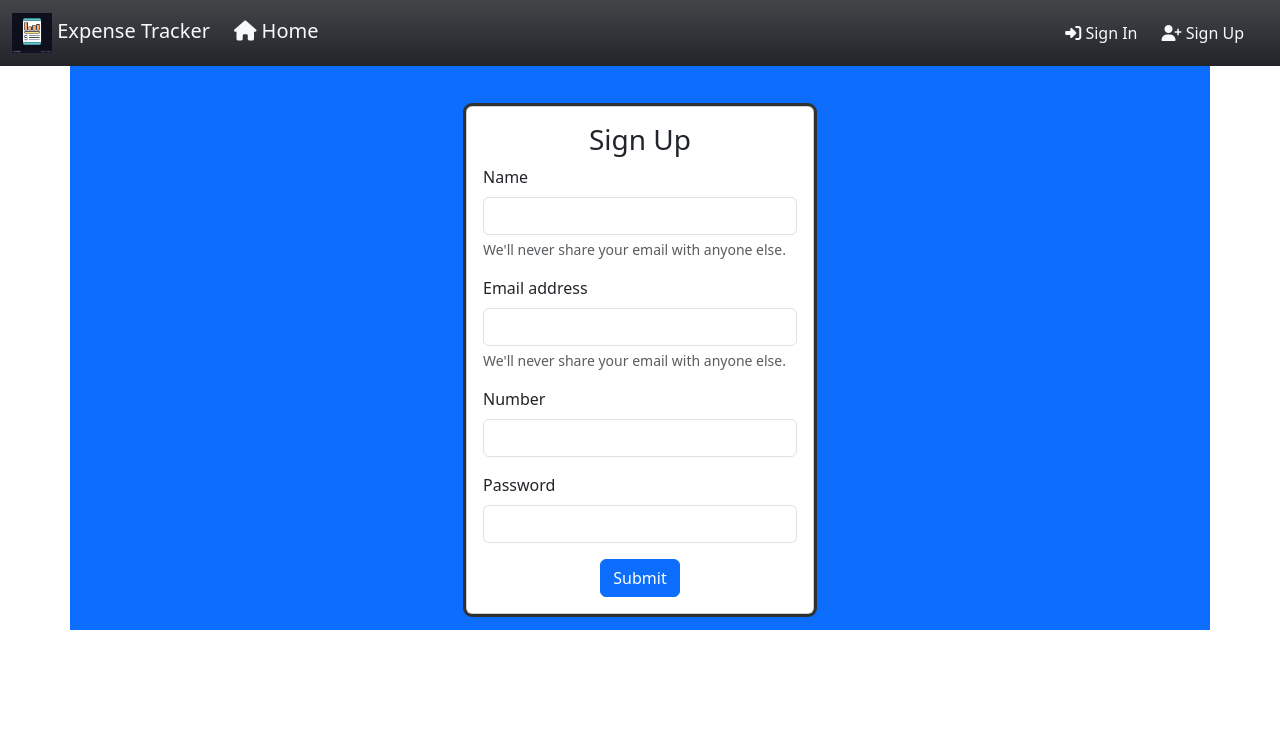
Repository: Gaurav560/OnlineExpenseTracker
Page: http://localhost/Online_Expense_Tracker/register.jsp
These files come from the project's save history. The page is drawn as it stood at one moment and after the next save; the edit follows.
The browser window is 1280 px wide. The pictures show the whole page.
The page is served by Tomcat 9. Other server files are loaded and not shown.

Above is the page before, as saved 2023-05-04 15:09:34.

### Online_Expense_Tracker/src/main/webapp/register.jsp
<%@ page language="java" contentType="text/html; charset=ISO-8859-1"
	pageEncoding="ISO-8859-1"%>
<!DOCTYPE html>
<html>
<head>
<meta charset="ISO-8859-1">
<title>Insert title here</title>
<%@include file="component/all_css.jsp"%>
</head>
<style>

</style>
<body>
	<!-- NAVBAR starts here -->
	<%@include file="component/navbar.jsp"%>
	<!-- NAVBAR ends here  -->

	<div class="container" style="padding-bottom:100px">
		<div class="row bg-primary">
			<div class="col-md-4 offset-md-4 p-3  ">
				<div class="card mt-4"
					style="box-shadow: rgba(0, 0, 0, 0.16) 0px 1px 4px, rgb(51, 51, 51) 0px 0px 0px 3px;">
					<div class="card-body">
						<h3 class="card-title text-center">Sign Up</h3>

						<form>


							<div class="mb-3">
								<label for="exampleInputName1" class="form-label">Name </label>
								<input type="text" class="form-control" id="exampleInputName1"
									aria-describedby="nameHelp">
								<div id="emailHelp" class="form-text">We'll never share
									your email with anyone else.</div>
							</div>
							<div class="mb-3">
								<label for="exampleInputEmail1" class="form-label">Email
									address</label> <input type="email" class="form-control"
									id="exampleInputEmail1" aria-describedby="emailHelp">
								<div id="emailHelp" class="form-text">We'll never share
									your email with anyone else.</div>
							</div>

							<div class="mb-3">
								<label for="exampleInputnumber1" class="form-label">Number
								</label> <input type="number" class="form-control"
									id="exampleInputNumber1" aria-describedby="numberHelp">
								<div id="numberHelp" class="form-text"></div>
							</div>
							<div class="mb-3">
								<label for="exampleInputPassword1" class="form-label">Password</label>
								<input type="password" class="form-control"
									id="exampleInputPassword1">
							</div>
							<div class="text-center">

								<button type="submit" class="btn btn-primary">Submit</button>
							</div>

						</form>


					</div>
				</div>






			</div>







		</div>

	</div>



</body>
</html>

### Online_Expense_Tracker/src/main/webapp/component/all_css.jsp
<!--css cdn   -->
<link
	href="https://cdn.jsdelivr.net/npm/bootstrap@5.3.0-alpha3/dist/css/bootstrap.min.css"
	rel="stylesheet"
	integrity="sha384-KK94CHFLLe+nY2dmCWGMq91rCGa5gtU4mk92HdvYe+M/SXH301p5ILy+dN9+nJOZ"
	crossorigin="anonymous">



<!-- font awesome cdn  -->

<link rel="stylesheet"
	href="https://cdnjs.cloudflare.com/ajax/libs/font-awesome/6.4.0/css/all.min.css"
	integrity="sha512-iecdLmaskl7CVkqkXNQ/ZH/XLlvWZOJyj7Yy7tcenmpD1ypASozpmT/E0iPtmFIB46ZmdtAc9eNBvH0H/ZpiBw=="
	crossorigin="anonymous" referrerpolicy="no-referrer" />



<!--  js cdn -->
	<script
		src="https://cdn.jsdelivr.net/npm/bootstrap@5.3.0-alpha3/dist/js/bootstrap.bundle.min.js"
		integrity="sha384-ENjdO4Dr2bkBIFxQpeoTz1HIcje39Wm4jDKdf19U8gI4ddQ3GYNS7NTKfAdVQSZe"
		crossorigin="anonymous"></script>

### Online_Expense_Tracker/src/main/webapp/component/navbar.jsp
<!--Navbar starts here  -->


	<nav class="navbar navbar-expand-lg bg-dark  bg-gradient">
		<div class="container-fluid">
			<a class="navbar-brand text-light" href="#"><img
				src="img/expenseTracker.jpg" style="height: 40px; width: 40px;">
				Expense Tracker</a>
			<button class="navbar-toggler" type="button"
				data-bs-toggle="collapse" data-bs-target="#navbarSupportedContent"
				aria-controls="navbarSupportedContent" aria-expanded="false"
				aria-label="Toggle navigation">
				<span class="navbar-toggler-icon"></span>
			</button>
			<div class="collapse navbar-collapse" id="navbarSupportedContent">

				<ul class="navbar-nav me-auto mb-2 mb-lg-0">
					<li class="nav-item"><a class="nav-link active text-light fs-5 mb-1"
						aria-current="page" href="index.jsp"><i class="fa-solid fa-house"></i>
							Home</a></li>

				</ul>


				<ul class="navbar-nav ms-auto mb-2 mb-lg-0 me-3">

					<li class="nav-item me-2"><a class="nav-link active text-light"
						href="login.jsp"><i class="fa-solid fa-right-to-bracket"></i> Sign In</a></li>


					<li class="nav-item "><a class="nav-link active text-light "
						href="register.jsp"><i class="fa-solid fa-user-plus"></i> Sign Up</a></li>

				</ul>


			</div>
		</div>
	</nav>
	<!-- Navbar ends here  -->

After the next save:
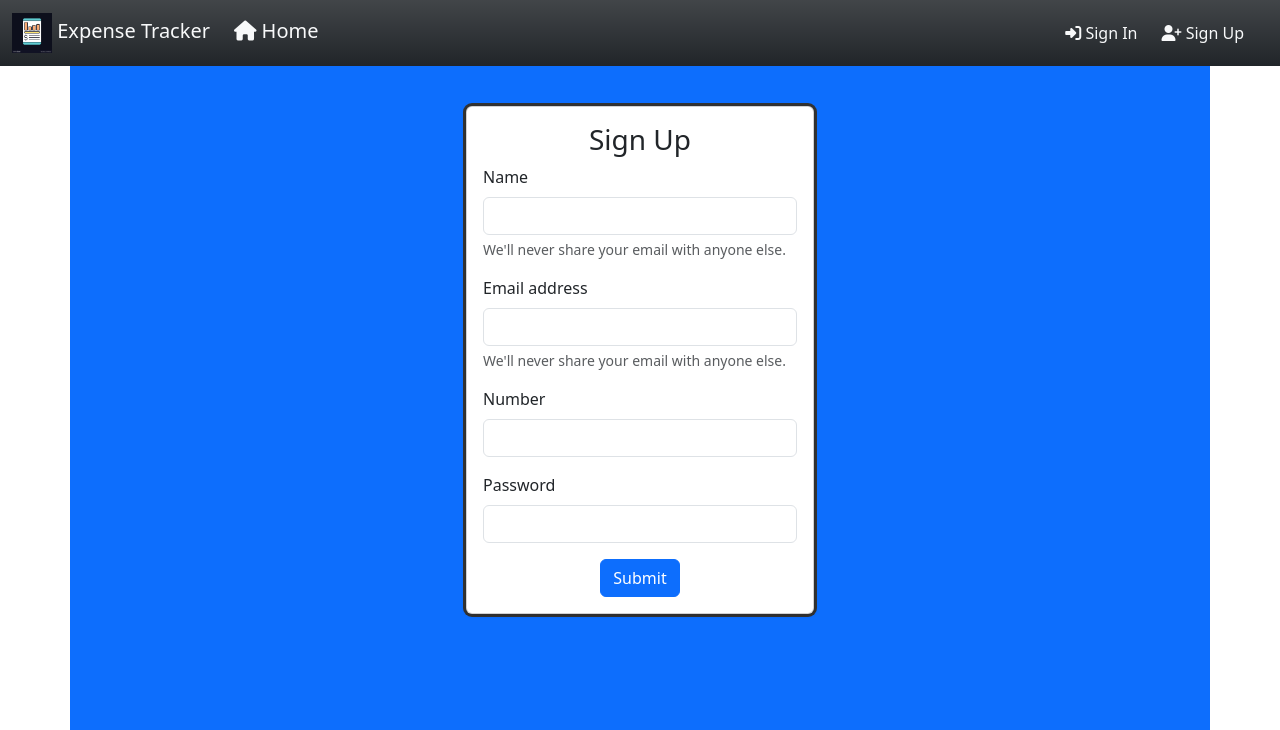
Saved 17 s later.
--- a/Online_Expense_Tracker/src/main/webapp/register.jsp
+++ b/Online_Expense_Tracker/src/main/webapp/register.jsp
@@ -15,8 +15,8 @@
 	<%@include file="component/navbar.jsp"%>
 	<!-- NAVBAR ends here  -->
 
-	<div class="container" style="padding-bottom:100px">
-		<div class="row bg-primary">
+	<div class="container bg-primary" style="padding-bottom:100px">
+		<div class="row ">
 			<div class="col-md-4 offset-md-4 p-3  ">
 				<div class="card mt-4"
 					style="box-shadow: rgba(0, 0, 0, 0.16) 0px 1px 4px, rgb(51, 51, 51) 0px 0px 0px 3px;">
